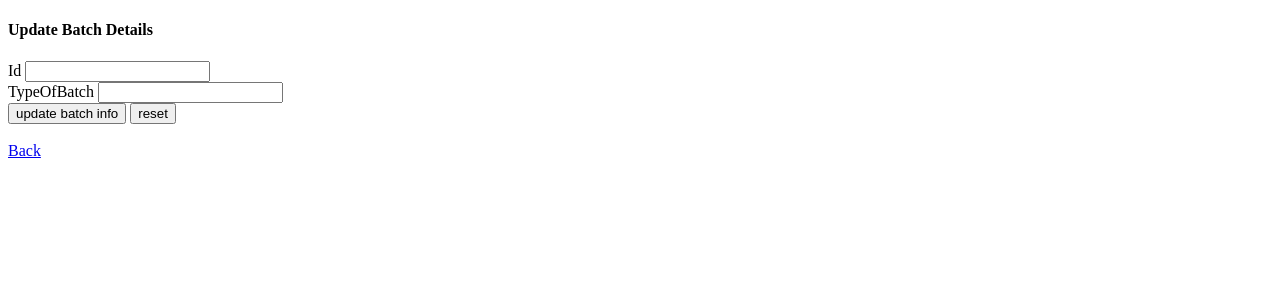
Repository: sefali123456/simpleRestApi123
Page: http://localhost/Zumba_App/updateBatch.jsp
The author's editor kept a copy of each file at every save. The page is drawn from the files as they stood at one save, then again after the next save.
The browser window is 1280 px wide. The pictures show the whole page.
The page is served by Tomcat 9. Other server files are loaded and not shown.

Above is the page before, as saved 2024-02-17 10:18:15.

### server_project/Zumba_App/src/main/webapp/updateBatch.jsp
<%@ page language="java" contentType="text/html; charset=UTF-8"
    pageEncoding="UTF-8"%>
<!DOCTYPE html>
<html>
<head>
<meta charset="ISO-8859-1">
<title>Insert title here</title>
</head>
<body>
<h4>Update Batch Details</h4>
<form action="BatchController" method="post">
	<input type="hidden" name="operation" value="update">
	<label>Id</label>
	<input type="number" name="batchid"/><br/>
	<label>TypeOfBatch</label>
	<input type="Text" name="typeofbatch"/><br/>
	<input type="submit" value="update batch info"/>
	<input type="reset" value="reset"/>
</form>
<br/>
<a href="home.jsp">Back</a>
</body>
</html>

After the next save:
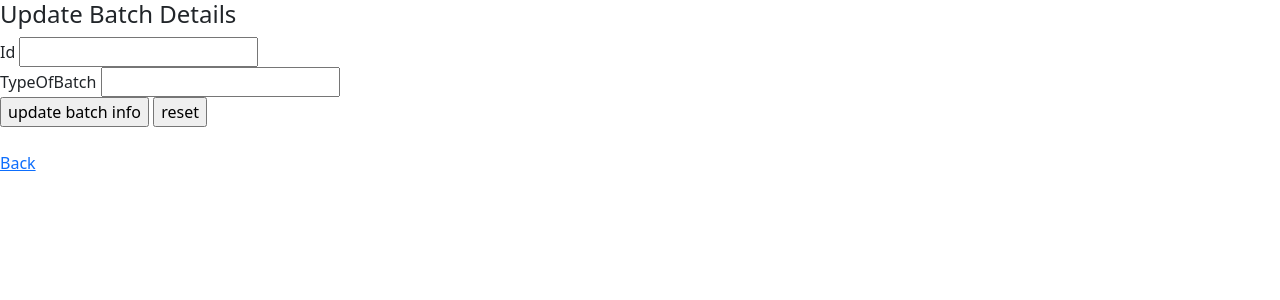
Saved 52 s later.
--- a/server_project/Zumba_App/src/main/webapp/updateBatch.jsp
+++ b/server_project/Zumba_App/src/main/webapp/updateBatch.jsp
@@ -3,8 +3,9 @@
 <!DOCTYPE html>
 <html>
 <head>
-<meta charset="ISO-8859-1">
+<meta charset="UTF-8">
 <title>Insert title here</title>
+<link href="https://cdn.jsdelivr.net/npm/bootstrap@5.0.2/dist/css/bootstrap.min.css" rel="stylesheet" integrity="sha384-EVSTQN3/azprG1Anm3QDgpJLIm9Nao0Yz1ztcQTwFspd3yD65VohhpuuCOmLASjC" crossorigin="anonymous">
 </head>
 <body>
 <h4>Update Batch Details</h4>
